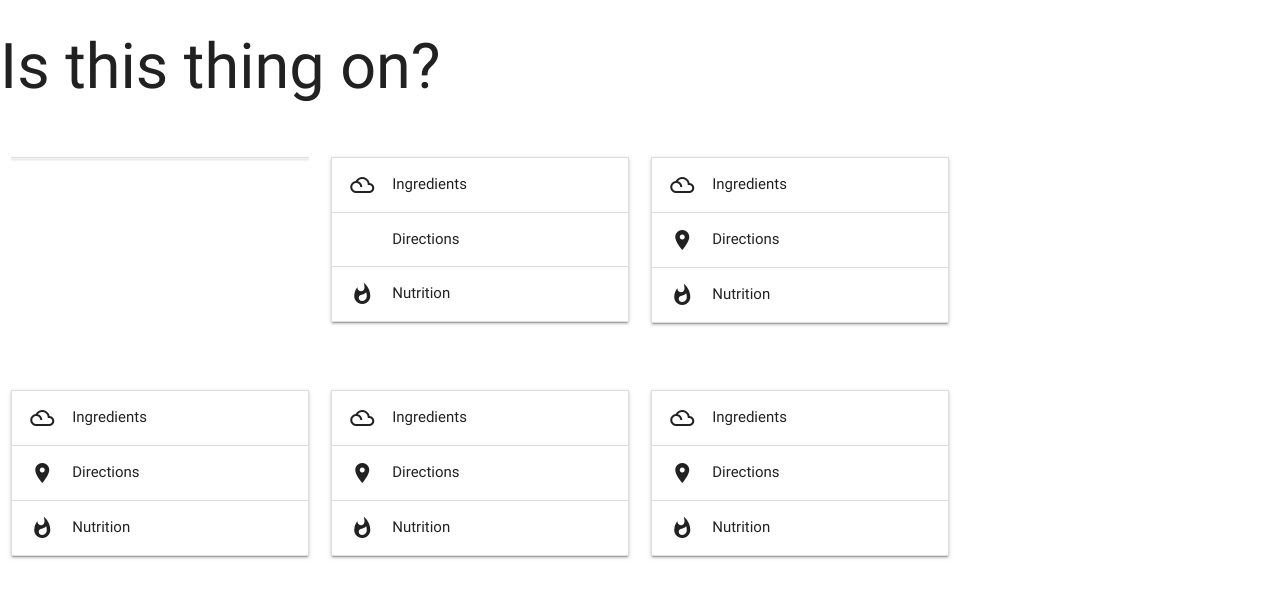
Repository: callendera/MilestoneProject3
Page: http://localhost/
The author's editor kept a record of every edit. The page is drawn from the files as they stood at one moment, then again after the next edit.
The browser window is 1280 px wide. The pictures show the whole page.
The page is served by the project's application, run on Flask 3 (recipe.py). Queries for data that is not in the repository find no rows.

Above is the page before.

After the next edit:
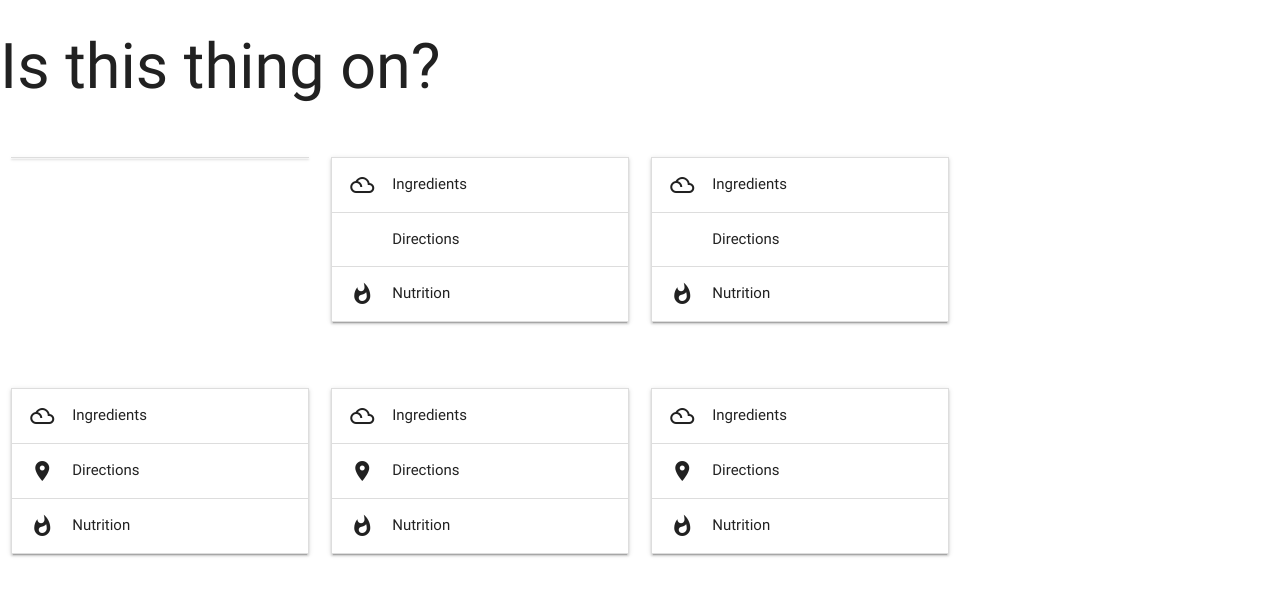
The edit:
--- a/templates/recipes.html
+++ b/templates/recipes.html
@@ -82,7 +82,7 @@
                 <div class="collapsible-body"><span>Lorem ipsum dolor sit amet.</span></div>
             </li>
             <li>
-                <div class="collapsible-header"><i class="material-icons">place</i>Directions</div>
+                <div class="collapsible-header"><i class="fa fa-list" aria-hidden="true"></i>Directions</div>
                 <div class="collapsible-body"><span>Lorem ipsum dolor sit amet.</span></div>
             </li>
             <li>
